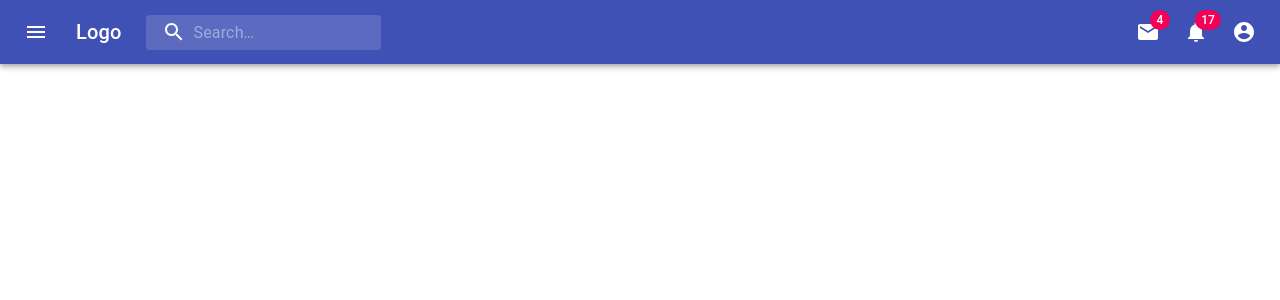
Repository: Prafullkuma/facebook
Page: /
These files come from the project's save history. The page is drawn as it stood at one moment and after the next save; the edit follows.
The browser window is 1280 px wide. The pictures show the whole page.
The project was rebuilt for these pictures with package versions that can differ from the ones it lists, and the page was loaded fresh each time. Also part of the build but not shown: src/App.css.

Above is the page before, as saved 2020-09-04 11:09:49.

After the next save:
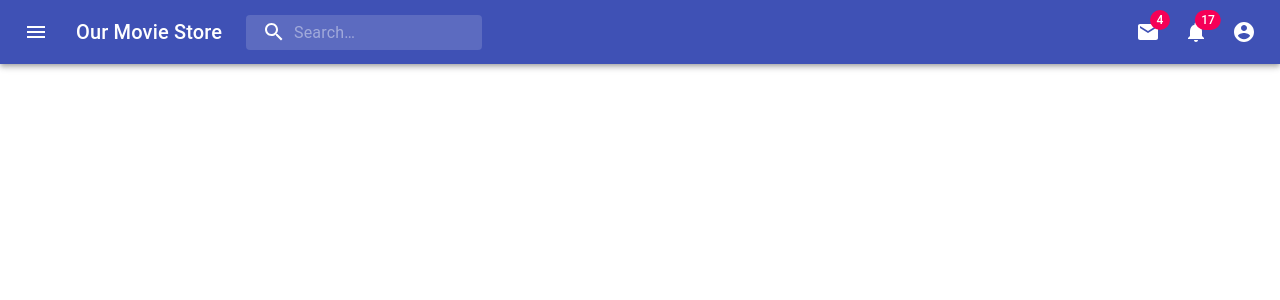
Saved 44 s later.
--- a/src/Component2/Header.js
+++ b/src/Component2/Header.js
@@ -174,7 +174,7 @@ export default function PrimarySearchAppBar() {
                         <MenuIcon />
                     </IconButton>
                     <Typography className={classes.title} variant="h6" noWrap>
-                        Logo
+                        Our Movie Store
           </Typography>
                     <div className={classes.search}>
                         <div className={classes.searchIcon}>
